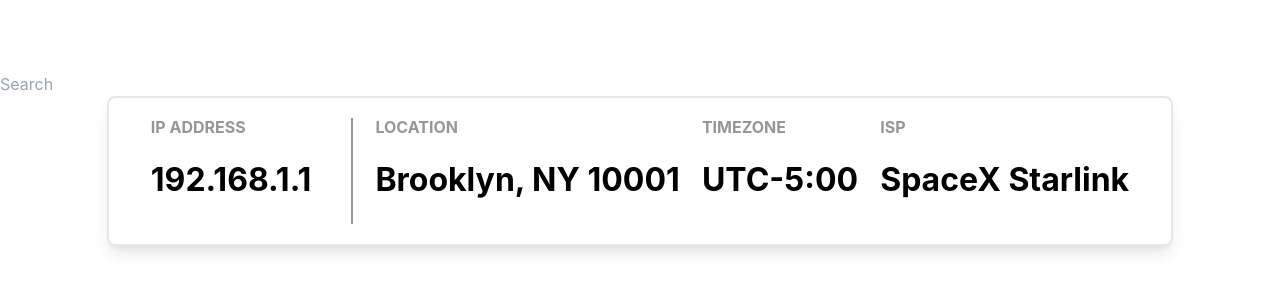
Repository: Dealsy/IP-Tracker
Page: /
These files come from the project's save history. The page is drawn as it stood at one moment and after the next save; the edit follows.
The browser window is 1280 px wide. The pictures show the whole page.
The project was rebuilt for these pictures with package versions that can differ from the ones it lists, and the page was loaded fresh each time. The framework's server and built-in components were replaced by stand-ins that run in the browser. Also part of the build but not shown: next.config.js, styles/Home.module.css.

Above is the page before, as saved 2022-04-21 21:29:29.

### pages/index.js
import Head from "next/head";
import Image from "next/image";
import styles from "../styles/Home.module.css";

export default function Home() {
  return (
    <div>
      <Head>
        <title>Create Next App</title>
        <meta name="description" content="Generated by create next app" />
        <link rel="icon" href="/favicon.ico" />
      </Head>

      <main>
        <h1 className="text-white">IP Address Tracker</h1>
        <input type="search" placeholder="Search" />
        <div className="flex flex-row justify-evenly border-2 shadow-lg w-5/6 m-auto rounded-lg p-5">
          <div className=" border-r-2 border-Gray pr-10 ">
            <h3>IP ADDRESS</h3>
            <h2> 192.168.1.1 </h2>
          </div>
          <div>
            <h3> LOCATION </h3>
            <h2> Brooklyn, NY 10001 </h2>
          </div>
          <div>
            <h3>TIMEZONE</h3>
            <h2> UTC-5:00 </h2>
          </div>
          <div>
            <h3>ISP</h3>
            <h2>SpaceX Starlink</h2>
          </div>
        </div>
      </main>

      <footer></footer>
    </div>
  );
}

### styles/globals.css
@tailwind base;
@tailwind components;
@tailwind utilities;


h1 {
  font-size: 2.5rem;
  font-weight: 700;
  line-height: 1.2;
  margin-bottom: 1.5rem;
}

h2 {
  font-size: 2rem;
  font-weight: 700;
  line-height: 1.2;
  margin-bottom: 1.5rem;
}

h3 {
  font-size: 1rem;
  font-weight: 700;
  line-height: 1.2;
  margin-bottom: 1.5rem;
  color: #969696;
}


html,
body {
  padding: 0;
  margin: 0;
  font-family: -apple-system, BlinkMacSystemFont, Segoe UI, Roboto, Oxygen,
    Ubuntu, Cantarell, Fira Sans, Droid Sans, Helvetica Neue, sans-serif;
}

a {
  color: inherit;
  text-decoration: none;
}

* {
  box-sizing: border-box;
}

### tailwind.config.js
module.exports = {
  content: [
    "./pages/**/*.{js,ts,jsx,tsx}",
    "./components/**/*.{js,ts,jsx,tsx}",
  ],
  theme: {
    extend: {
      colors: {
        "Dark-Gray": "#2b2b2b",
        Gray: "#969696",
      },
    },
  },
  plugins: [],
};

Loaded but not shown: pages/_app.js (common file)

After the next save:
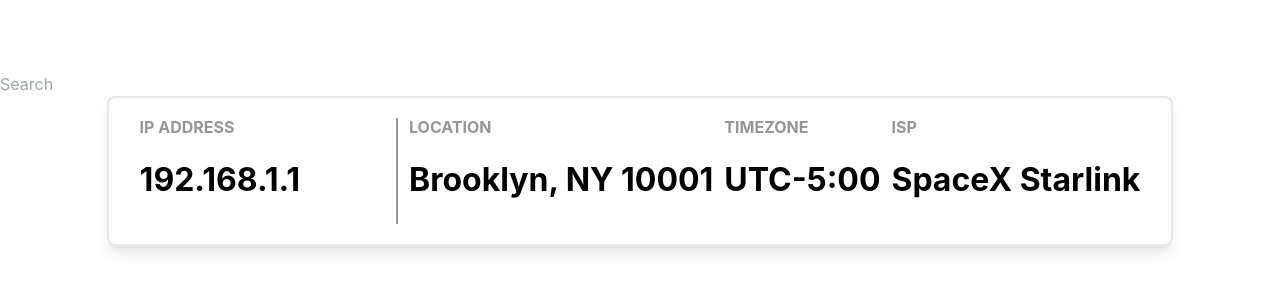
Saved 4 s later.
--- a/pages/index.js
+++ b/pages/index.js
@@ -15,7 +15,7 @@
         <h1 className="text-white">IP Address Tracker</h1>
         <input type="search" placeholder="Search" />
         <div className="flex flex-row justify-evenly border-2 shadow-lg w-5/6 m-auto rounded-lg p-5">
-          <div className=" border-r-2 border-Gray pr-10 ">
+          <div className=" border-r-2 border-Gray pr-24 ">
             <h3>IP ADDRESS</h3>
             <h2> 192.168.1.1 </h2>
           </div>
